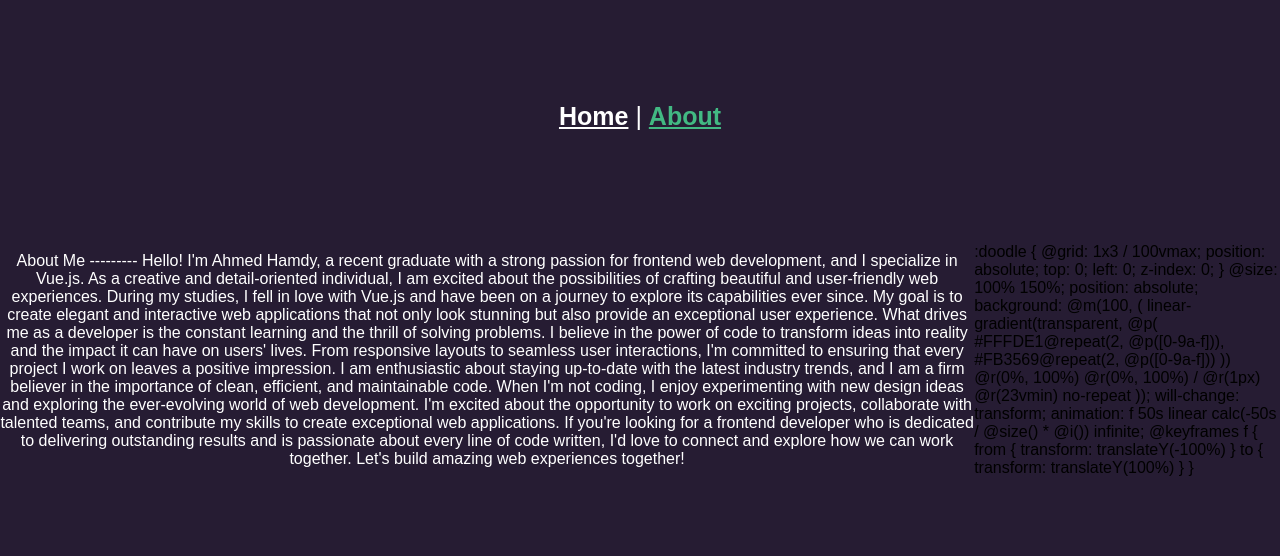
Repository: ahamdy997/portfolio
Page: /about
An editor plug-in stored every save of this project. The page is shown before and after a run of saves, followed by the edit.
The browser window is 1280 px wide. The pictures show the whole page.
The project was rebuilt for these pictures with package versions that can differ from the ones it lists, and the page was loaded fresh each time. Also part of the build but not shown: vue.config.js, src/components/HelloWorld.vue, src/views/HomeView.vue.

Above is the page before, as saved 2023-11-05 00:16:01.

### public/index.html
<!DOCTYPE html>
<html lang="">
  <head>
    <meta charset="utf-8" />
    <meta http-equiv="X-UA-Compatible" content="IE=edge" />
    <meta name="viewport" content="width=device-width,initial-scale=1.0" />
    <link rel="icon" href="<%= BASE_URL %>favicon.ico" />
    <title><%= htmlWebpackPlugin.options.title %></title>
  </head>
  <body>
    <noscript>
      <strong
        >We're sorry but <%= htmlWebpackPlugin.options.title %> doesn't work
        properly without JavaScript enabled. Please enable it to
        continue.</strong
      >
    </noscript>
    <div id="app"></div>
    <!-- built files will be auto injected -->
    <css-doodle>
      :doodle { @grid: 1x3 / 100vmax; position: absolute; top: 0; left: 0;
      z-index: 0; } @size: 100% 150%; position: absolute; background: @m(100, (
      linear-gradient(transparent, @p( #FFFDE1@repeat(2, @p([0-9a-f])),
      #FB3569@repeat(2, @p([0-9a-f])) )) @r(0%, 100%) @r(0%, 100%) / @r(1px)
      @r(23vmin) no-repeat )); will-change: transform; animation: f 50s linear
      calc(-50s / @size() * @i()) infinite; @keyframes f { from { transform:
      translateY(-100%) } to { transform: translateY(100%) } }
    </css-doodle>
    <style>
      * {
        box-sizing: border-box;
        padding: 0;
        margin: 0;
      }
      body {
        font-family: sans-serif;
        height: 100vh;
        margin: 0;
        background: #261c33;
        overflow: hidden;
        display: flex;
        align-items: center;
        justify-content: center;
      }
    </style>

    <script src="https://unpkg.com/css-doodle@0.6.1/css-doodle.min.js"></script>
  </body>
</html>

### src/App.vue
<template>
  <header>
    <nav>
      <router-link to="/">Home</router-link> |
      <router-link to="/about">About</router-link>
    </nav>
  </header>
  <router-view />
</template>

<style>
#app {
  text-align: center;
  z-index: 1;
  color: white;
}
header {
  font-size: 25px;
  position: fixed;
  top: 10%;
  left: 0%;
  width: 100%;
}
nav {
  padding: 30px;
  text-align: center;
}

nav a {
  font-weight: bold;
  color: #fff;
}

nav a.router-link-exact-active {
  color: #42b983;
}
</style>

### src/views/AboutView.vue
<template>
  <div class="about">
    <p>
      About Me --------- Hello! I'm Ahmed Hamdy, a recent graduate with a strong
      passion for frontend web development, and I specialize in Vue.js. As a
      creative and detail-oriented individual, I am excited about the
      possibilities of crafting beautiful and user-friendly web experiences.
      During my studies, I fell in love with Vue.js and have been on a journey
      to explore its capabilities ever since. My goal is to create elegant and
      interactive web applications that not only look stunning but also provide
      an exceptional user experience. What drives me as a developer is the
      constant learning and the thrill of solving problems. I believe in the
      power of code to transform ideas into reality and the impact it can have
      on users' lives. From responsive layouts to seamless user interactions,
      I'm committed to ensuring that every project I work on leaves a positive
      impression. I am enthusiastic about staying up-to-date with the latest
      industry trends, and I am a firm believer in the importance of clean,
      efficient, and maintainable code. When I'm not coding, I enjoy
      experimenting with new design ideas and exploring the ever-evolving world
      of web development. I'm excited about the opportunity to work on exciting
      projects, collaborate with talented teams, and contribute my skills to
      create exceptional web applications. If you're looking for a frontend
      developer who is dedicated to delivering outstanding results and is
      passionate about every line of code written, I'd love to connect and
      explore how we can work together. Let's build amazing web experiences
      together!
    </p>
  </div>
</template>

Loaded but not shown: src/main.js (common file); src/router/index.js (common file)

After the next 2 saves:
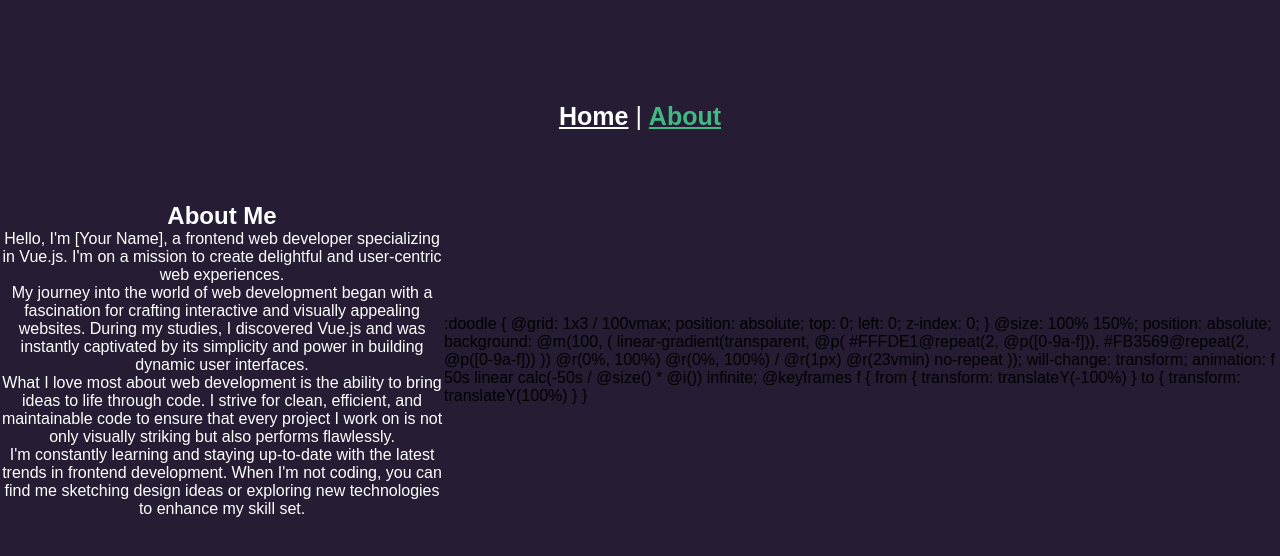
The 2 saves are shown as one change because 1 did not build or start.
The last was saved 59 s later.
--- a/src/views/AboutView.vue
+++ b/src/views/AboutView.vue
@@ -1,29 +1,26 @@
 <template>
   <div class="about">
+    <h2>About Me</h2>
     <p>
-      About Me --------- Hello! I'm Ahmed Hamdy, a recent graduate with a strong
-      passion for frontend web development, and I specialize in Vue.js. As a
-      creative and detail-oriented individual, I am excited about the
-      possibilities of crafting beautiful and user-friendly web experiences.
-      During my studies, I fell in love with Vue.js and have been on a journey
-      to explore its capabilities ever since. My goal is to create elegant and
-      interactive web applications that not only look stunning but also provide
-      an exceptional user experience. What drives me as a developer is the
-      constant learning and the thrill of solving problems. I believe in the
-      power of code to transform ideas into reality and the impact it can have
-      on users' lives. From responsive layouts to seamless user interactions,
-      I'm committed to ensuring that every project I work on leaves a positive
-      impression. I am enthusiastic about staying up-to-date with the latest
-      industry trends, and I am a firm believer in the importance of clean,
-      efficient, and maintainable code. When I'm not coding, I enjoy
-      experimenting with new design ideas and exploring the ever-evolving world
-      of web development. I'm excited about the opportunity to work on exciting
-      projects, collaborate with talented teams, and contribute my skills to
-      create exceptional web applications. If you're looking for a frontend
-      developer who is dedicated to delivering outstanding results and is
-      passionate about every line of code written, I'd love to connect and
-      explore how we can work together. Let's build amazing web experiences
-      together!
+      Hello, I'm [Your Name], a frontend web developer specializing in Vue.js.
+      I'm on a mission to create delightful and user-centric web experiences.
+    </p>
+    <p>
+      My journey into the world of web development began with a fascination for
+      crafting interactive and visually appealing websites. During my studies, I
+      discovered Vue.js and was instantly captivated by its simplicity and power
+      in building dynamic user interfaces.
+    </p>
+    <p>
+      What I love most about web development is the ability to bring ideas to
+      life through code. I strive for clean, efficient, and maintainable code to
+      ensure that every project I work on is not only visually striking but also
+      performs flawlessly.
+    </p>
+    <p>
+      I'm constantly learning and staying up-to-date with the latest trends in
+      frontend development. When I'm not coding, you can find me sketching
+      design ideas or exploring new technologies to enhance my skill set.
     </p>
   </div>
 </template>
